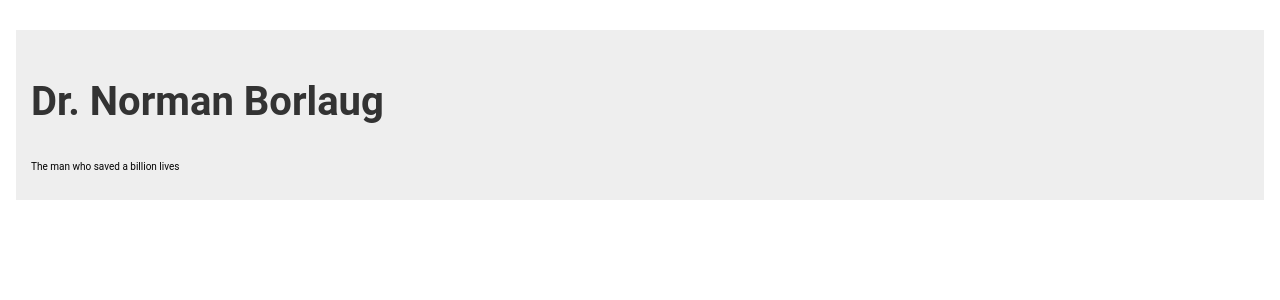
Repository: HTDuy01/github-demo
Page: freecodecamp/index.html
An editor plug-in stored every save of this project. The page is shown before and after the next save, followed by the edit.
The browser window is 1280 px wide. The pictures show the whole page.

Above is the page before, as saved 2021-11-17 20:07:32.

After the next save:
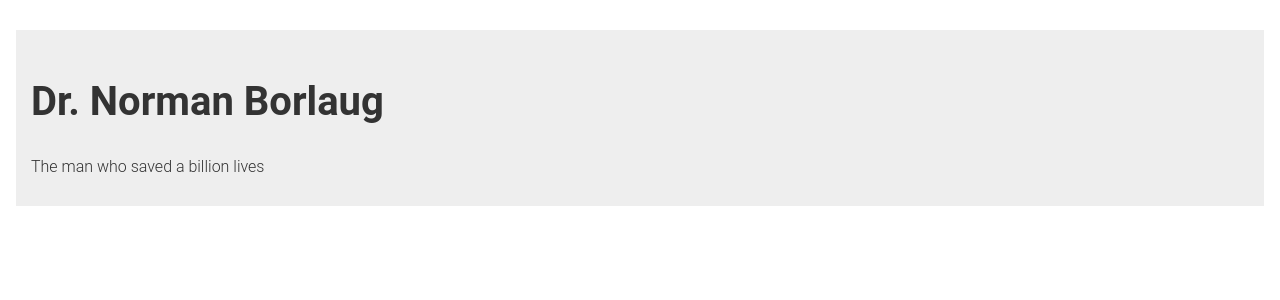
Saved 49 s later.
--- a/freecodecamp/assets/css/style.css
+++ b/freecodecamp/assets/css/style.css
@@ -11,3 +11,9 @@
     margin-top: 27px;
     line-height: 60px;
 }
+
+.sub-heading {
+    font-size: 1.6rem;
+    color: var(--color-header);
+    font-weight: 300;
+}
